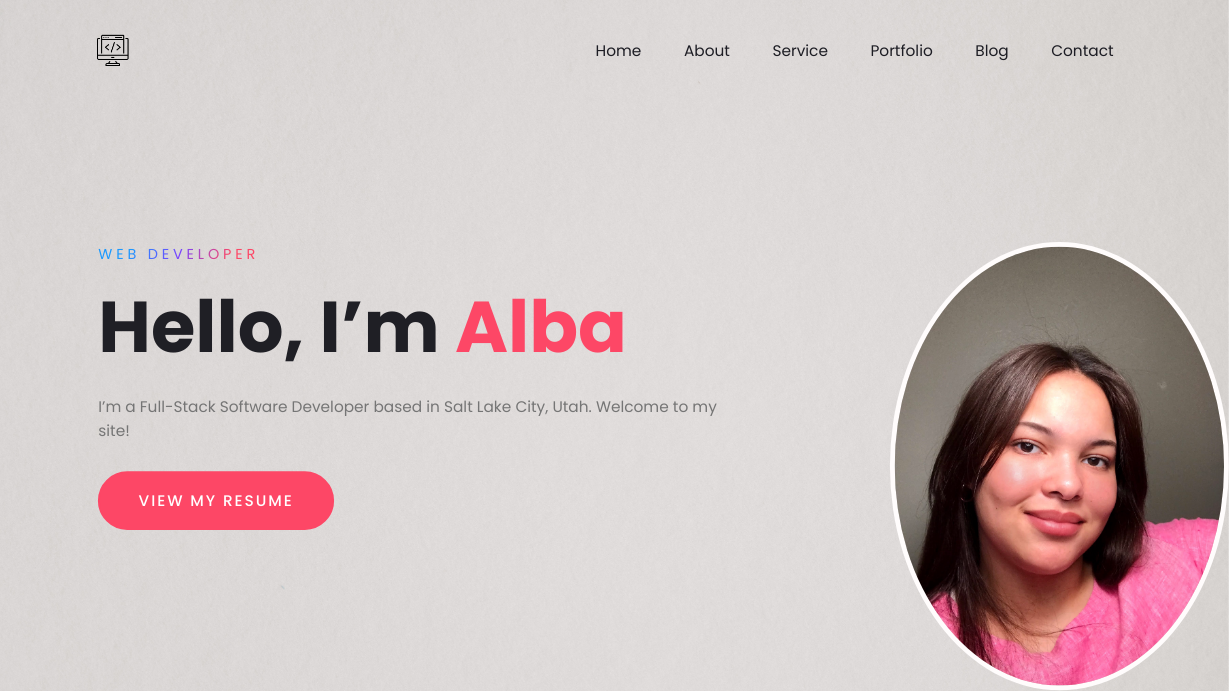
Repository: pilar122/port
Page: index.html
An editor plug-in stored every save of this project. The page is shown before and after the next save, followed by the edit.
The browser window is 1280 px wide. The pictures show the whole page, at 96% of full size.

Above is the page before, as saved 2022-01-29 15:02:29.

After the next save:
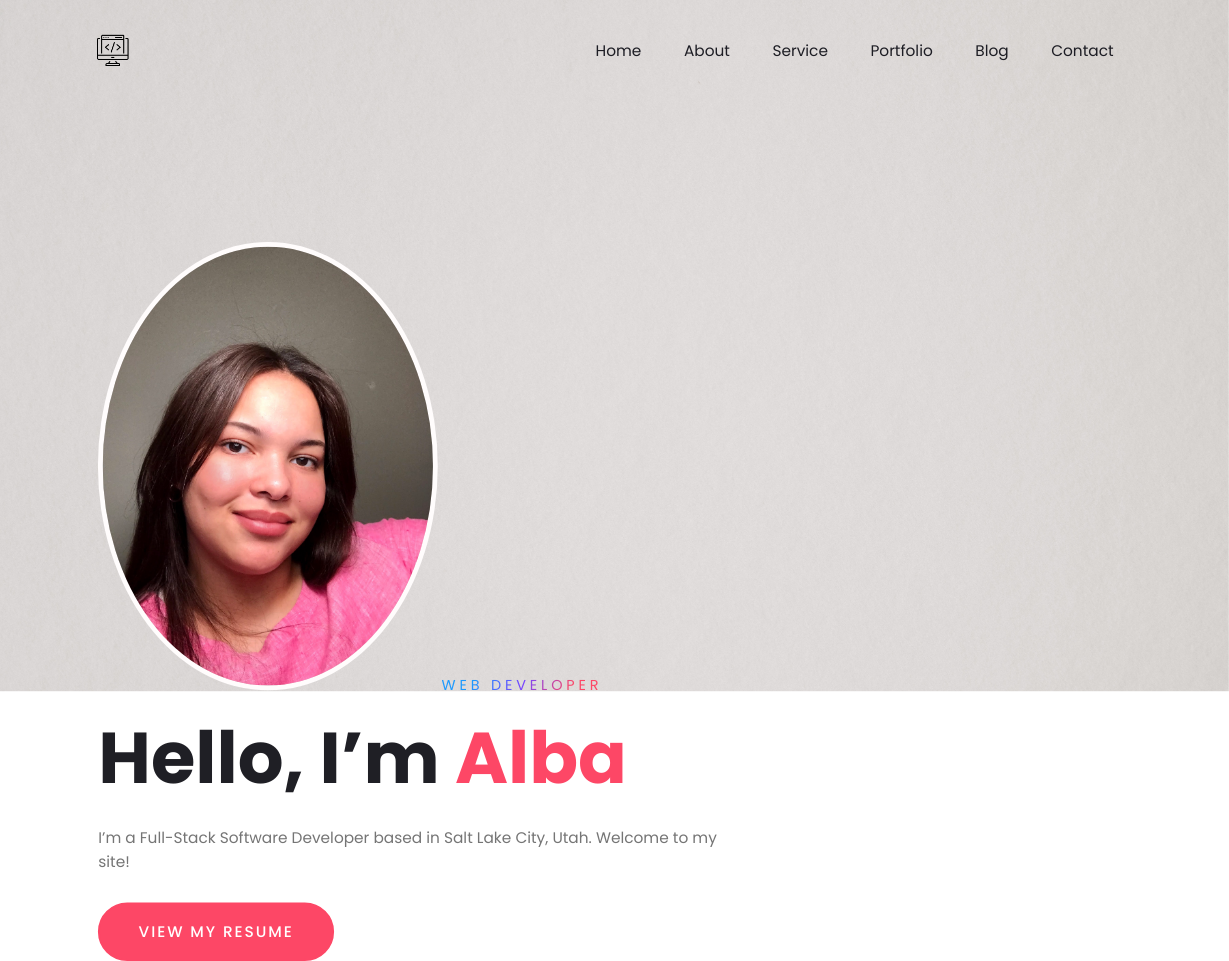
Saved 2 min 22 s later.
--- a/style.css
+++ b/style.css
@@ -107,5 +107,5 @@
     max-width: 30%;
     border-radius: 50%;
     border: 5px solid rgb(255, 252, 252);
-    float: right;
+    background-position: right 45px bottom 20px;
 }

After the 3 saves that followed:
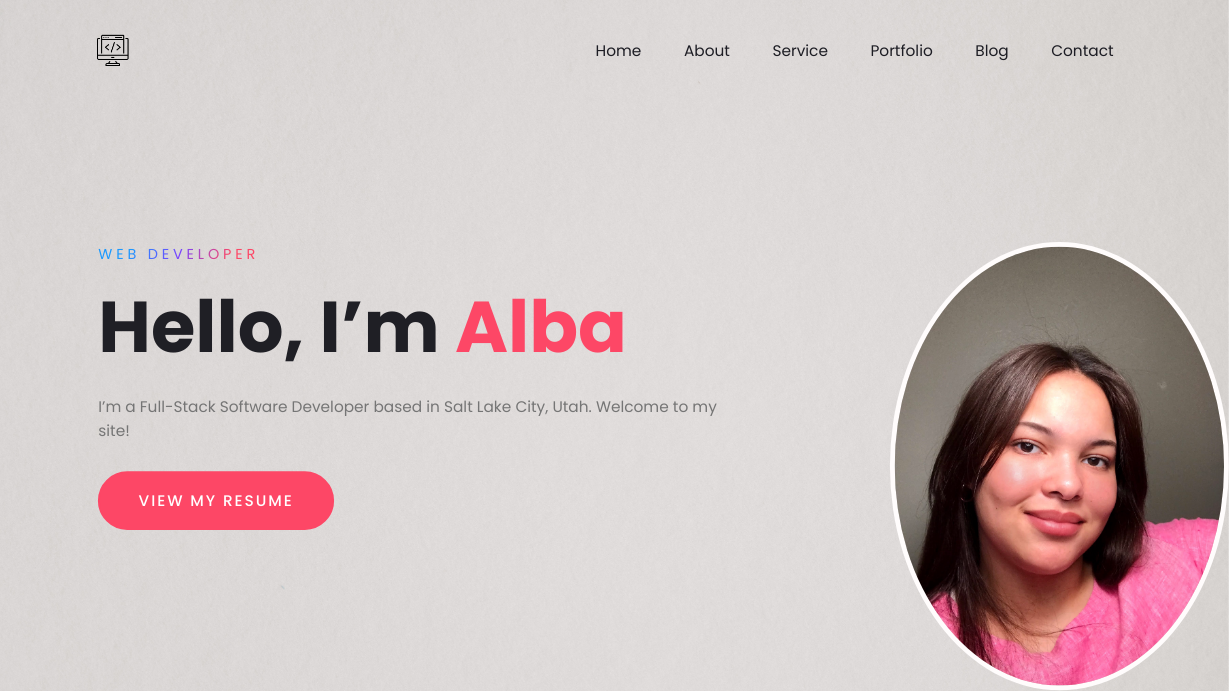
The 3 saves are shown as one change because 2 left the picture as it was.
The last was saved 37 s later.
--- a/style.css
+++ b/style.css
@@ -107,5 +107,5 @@
     max-width: 30%;
     border-radius: 50%;
     border: 5px solid rgb(255, 252, 252);
-    background-position: right 45px bottom 20px;
+    float: right;
 }
